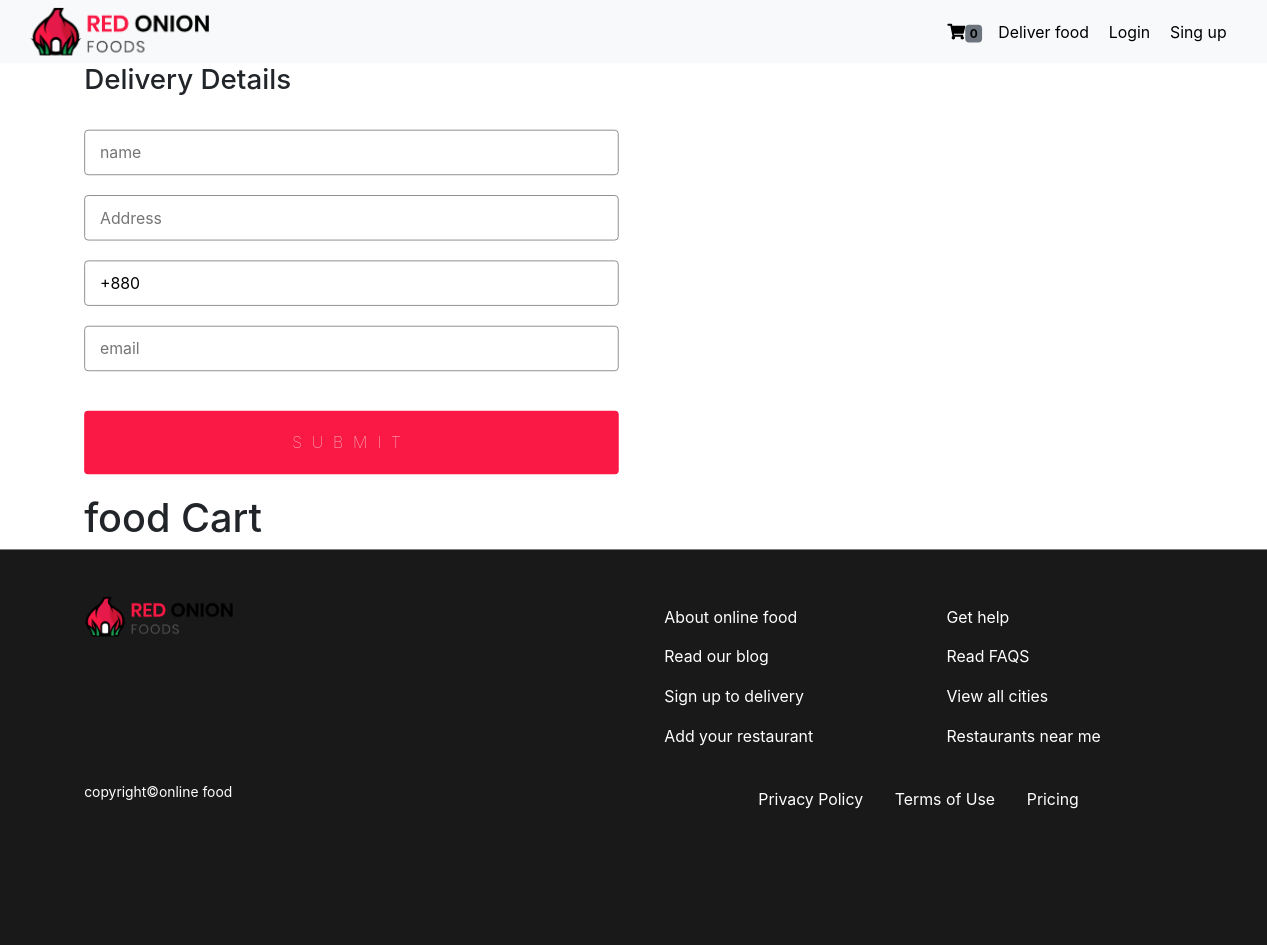
Repository: arif286/red-onion-client
Page: /cart
The author's editor kept a copy of each file at every save. The page is drawn from the files as they stood at one save, then again after the next save.
The browser window is 1280 px wide. The pictures show the whole page, at 99% of full size.
The project was rebuilt for these pictures with package versions that can differ from the ones it lists, and the page was loaded fresh each time. Also part of the build but not shown: src/App.css, src/components/SearchBar/SearchBar.css, src/components/SearchBar/SearchBar.js, src/components/FoodDetails/FoodDetail.css, src/components/FoodDetails/FoodDetail.js, src/components/DeliveryFood/DeliveryFood.js, src/components/Food/Food.css, src/components/Food/FoodItem.js and 9 more.

Above is the page before, as saved 2021-03-30 16:21:00.

### src/App.js
import "bootstrap/dist/css/bootstrap.min.css";
import React, { createContext, useState } from "react";
import { BrowserRouter as Router, Route, Switch } from "react-router-dom";
import './App.css';
import Cart from "./components/Cart/Cart";
import FoodDetail from "./components/FoodDetails/FoodDetail";
import Footer from "./components/Footer/Footer";
import Header from "./components/Header/Header";
import Home from './components/Home/Home';
import Login from "./components/LogIn/Login";
import SingUp from "./components/SingUp/SingUp";


export const UserContext = createContext();
function App() {
  const [loggedInUser, setLoggedInUser] = useState({});
  return (
    <UserContext.Provider value={[loggedInUser, setLoggedInUser]}>
      <Router>
        <Header />
        <Switch>
          <Route path="/home">
            <Home />
          </Route>
          <Route path="/signUp">
            <SingUp />
          </Route>
          <Route path="/login">
            <Login />
          </Route>
          <Route path="/food/details/:foodId">
            <FoodDetail />
          </Route>
          <Route path='/cart'>
            <Cart/>
          </Route>
          <Route exact path="/">
            <Home/>
          </Route>
        </Switch>
        <Footer />
      </Router>
    </UserContext.Provider>
  );

}

export default App;

### src/components/Cart/Cart.js
import React, { useContext } from 'react';
import { useForm } from 'react-hook-form';
import { UserContext } from '../../App';
import './Cart.css';
const Cart = () => {
    const [loggedInUser, setLoggedInUser] = useContext(UserContext);
    const { count, foodItem } = loggedInUser;

    const { register, handleSubmit, errors } = useForm();

    const onSubmit = (data) => {
        console.log(data)
    }
    return (
      <div className="container">
        <div className="row justify-content-between">
          <div className="col-md-6 col-sm-12">
            <h3>Delivery Details</h3>
            <form className='delivery-form' onSubmit={handleSubmit(onSubmit)}>
              <input
                type="text"
                name="name"
                placeholder="name"
                ref={register({
                  validate: (value) => (value.length !== ''),
                  required: true,
                })}
              />
              {errors.name && <p>please write your name</p>}

              <input
                type="text"
                name="address"
                placeholder="Address"
                ref={register({
                  validate: (value) => (value.length !== ''),
                  required: true,
                })}
              />
              {errors.address && <p>please write correct address</p>}
              <input
                type="phone"
                name="phone"
                placeholder="phone"
                defaultValue="+880"
                ref={register({
                  validate: (value) => value.length !== 14,
                  required: true,
                })}
              />
              {errors.phone && <p>please type a correct number</p>}
                <input
                 name = 'email'
                 type = "email"
                 placeholder = "email"
                 ref={register({
                  pattern: /^(([^<>()[\]\\.,;:\s@"]+(\.[^<>()[\]\\.,;:\s@"]+)*)|(".+"))@((\[[0-9]{1,3}\.[0-9]{1,3}\.[0-9]{1,3}\.[0-9]{1,3}\])|(([a-zA-Z\-0-9]+\.)+[a-zA-Z]{2,}))$/,
                  required: true,
                })}
              />
              {
                  errors.email && <p>Invalid Email</p>
              }
              <input type="submit" value="submit" />
            </form>
          </div>
          <div className="col-md-4 col-sm-12"></div>
        </div>
        <h1>food Cart</h1>
      </div>
    );
};

export default Cart;

### src/components/Footer/Footer.js
import React from 'react';
import { NavLink } from 'react-bootstrap';
import Logo from '../../onion-restaurent/logo2.png';
import './Footer.css';

const Footer = () => {
    return (
      <footer>
        <div className="container">
          <div className="row pt-5">
            <div className="col-md-6 col-sm-12 pb-4">
              <img className="footer-img" src={Logo} alt="" />
            </div>
            <div className="col-md-3 col-sm-12 pb-4">
              <ul className="nav flex-column">
                <li className="nav-item">
                  <NavLink
                    className="nav-link active footer-link"
                    aria-current="page"
                    to="/"
                  >
                    About online food
                  </NavLink>
                </li>
                <li className="nav-item">
                  <NavLink className="nav-link footer-link" to="/">
                    Read our blog
                  </NavLink>
                </li>
                <li className="nav-item">
                  <NavLink className="nav-link footer-link" to="/">
                    Sign up to delivery
                  </NavLink>
                </li>
                <li className="nav-item">
                  <NavLink className="nav-link footer-link" to="/">
                    Add your restaurant
                  </NavLink>
                </li>
              </ul>
            </div>
            <div className="col-md-3 col-sm-12 pb-4">
              <ul className="nav flex-column">
                <li className="nav-item">
                  <NavLink
                    className="nav-link footer-link"
                    aria-current="page"
                    to="/"
                  >
                    Get help
                  </NavLink>
                </li>
                <li className="nav-item">
                  <NavLink className="nav-link footer-link" to="/">
                    Read FAQS
                  </NavLink>
                </li>
                <li className="nav-item">
                  <NavLink className="nav-link footer-link" to="/">
                    View all cities
                  </NavLink>
                </li>
                <li className="nav-item">
                  <NavLink className="nav-link footer-link" to="/">
                    Restaurants near me
                  </NavLink>
                </li>
              </ul>
            </div>
          </div>

          <div className="row">
            <div className="col-md-7">
              <p className='copy-right'>
                <small>
                  copyright<span>&#169;</span>online food
                </small>
              </p>
            </div>
            <div className="col-md-5">
              <div className='d-flex'>
                <NavLink className="footer-link">Privacy Policy</NavLink>
                <NavLink className="footer-link">Terms of Use</NavLink>
                <NavLink className="footer-link">Pricing</NavLink>
              </div>
            </div>
          </div>
        </div>
      </footer>
    );
};

export default Footer;

### src/components/Header/Header.js
import { faShoppingCart } from "@fortawesome/free-solid-svg-icons";
import { FontAwesomeIcon } from "@fortawesome/react-fontawesome";
import React from 'react';
import { NavLink } from "react-router-dom";
import logo from '../../onion-restaurent/logo2.png';
import './Header.css';
const cart = <FontAwesomeIcon icon={faShoppingCart} />;
const Header = () => {
    const header = {
        logo : {width: '180px'}
    }
    return (
      <div>
        <nav className="navbar navbar-expand-lg navbar-light bg-light">
          <div className="container-fluid">
            <div>
              <img style={header.logo} src={logo} alt="" />
            </div>
            <button
              className="navbar-toggler"
              type="button"
              data-bs-toggle="collapse"
              data-bs-target="#navbarNav"
              aria-controls="navbarNav"
              aria-expanded="false"
              aria-label="Toggle navigation"
            >
              <span className="navbar-toggler-icon"></span>
            </button>
            <div
              className="collapse  navbar-collapse justify-content-end"
              id="navbarNav"
            >
              <ul className="navbar-nav align-items-center">
                <li className="nav-item">
                  <button className=" cart-btn" to="/">
                    {cart}
                    <small className="badge bg-secondary">0</small>
                  </button>
                </li>
                <li className="nav-item">
                  <NavLink className="header-link" to="/cart">
                    Deliver food
                  </NavLink>
                </li>
                <li className="nav-item">
                  <NavLink className="header-link" to="/login">
                    Login
                  </NavLink>
                </li>
                <li className="nav-item">
                  <NavLink className="header-link" to="/signUp">
                    Sing up
                  </NavLink>
                </li>
              </ul>
            </div>
          </div>
        </nav>
      </div>
    );
};

export default Header;

### src/components/Cart/Cart.css
.delivery-form input {
  width: 100%;
  padding: 10px 15px;
  box-sizing: border-box;
  margin-bottom: 20px;
  border: 1px solid #909090;
  outline: none;
  border-radius: 4px;
}
.delivery-form input:first-child {
  margin-top: 25px;
}

.delivery-form p {
  color: #bf1650;
  margin-bottom: 20px;
}

.delivery-form p::before {
  display: inline;
  content: "⚠ ";
}

button[type="submit"],
.delivery-form input[type="submit"] {
  background: #f91944;
  color: white;
  text-transform: uppercase;
  border: none;
  margin-top: 20px;
  padding: 20px;
  font-size: 16px;
  font-weight: 100;
  letter-spacing: 10px;
}

button[type="submit"]:hover,
.delivery-form input[type="submit"]:hover {
  background: #d83153;
}

### src/components/Footer/Footer.css
.footer-img {
  width: 150px;
}
footer {
  background-color: #191919;
  height: 400px;
}
.footer-link {
  color: white;
}
.footer-link:hover {
  color: #878787;
}
.copy-right {
  color: white;
}

### src/components/Header/Header.css
.header-link {
  color: black;
  display: inline-block;
  padding: 10px;
}
.header-link:hover {
  text-decoration: none;
  color: #777777;
}
.cart-btn {
  border: none;
  background: none;
}

Loaded but not shown: public/index.html (common file); src/index.js (common file); src/index.css (common file); src/reportWebVitals.js (common file)

After the next save:
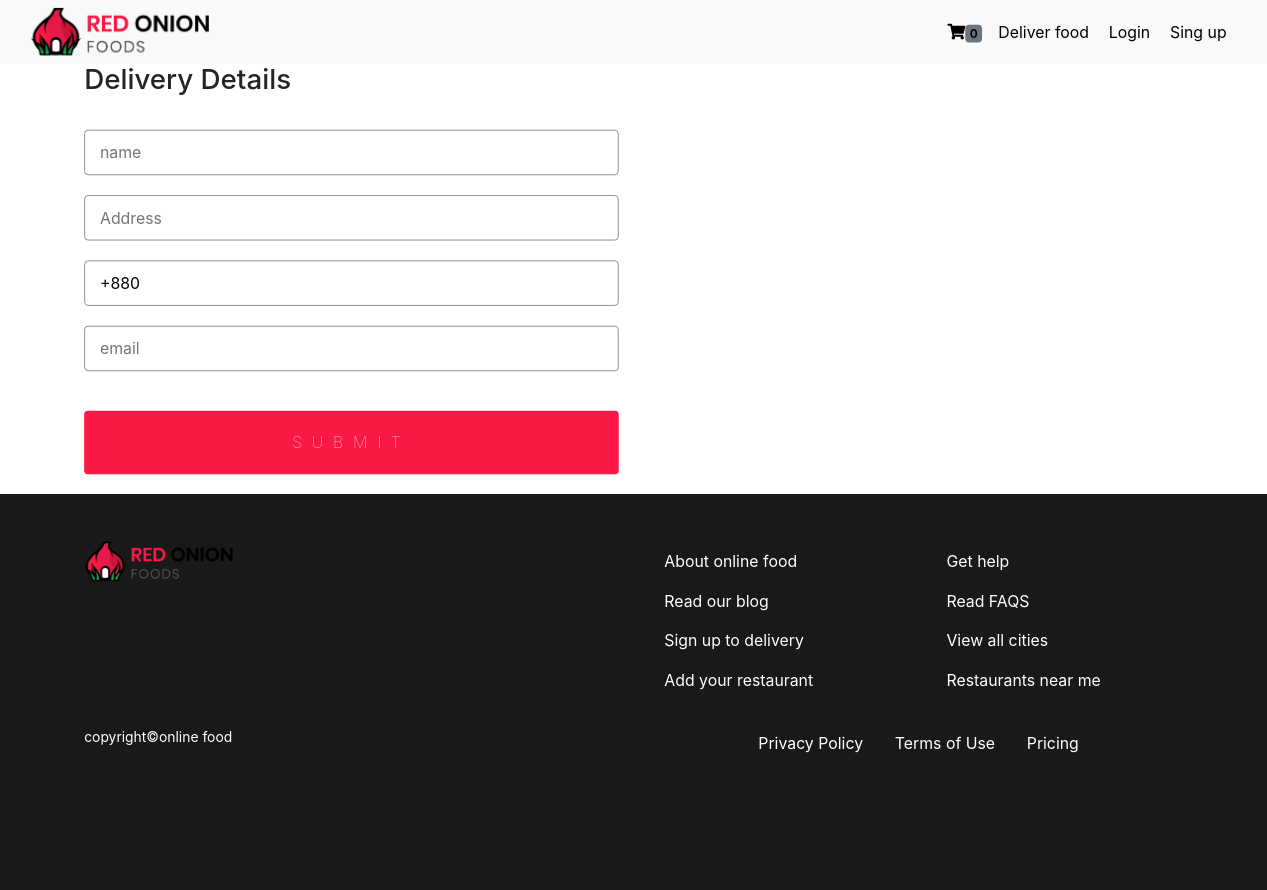
Saved 28 s later.
--- a/src/components/Cart/Cart.js
+++ b/src/components/Cart/Cart.js
@@ -66,7 +66,6 @@ const Cart = () => {
           </div>
           <div className="col-md-4 col-sm-12"></div>
         </div>
-        <h1>food Cart</h1>
       </div>
     );
 };
